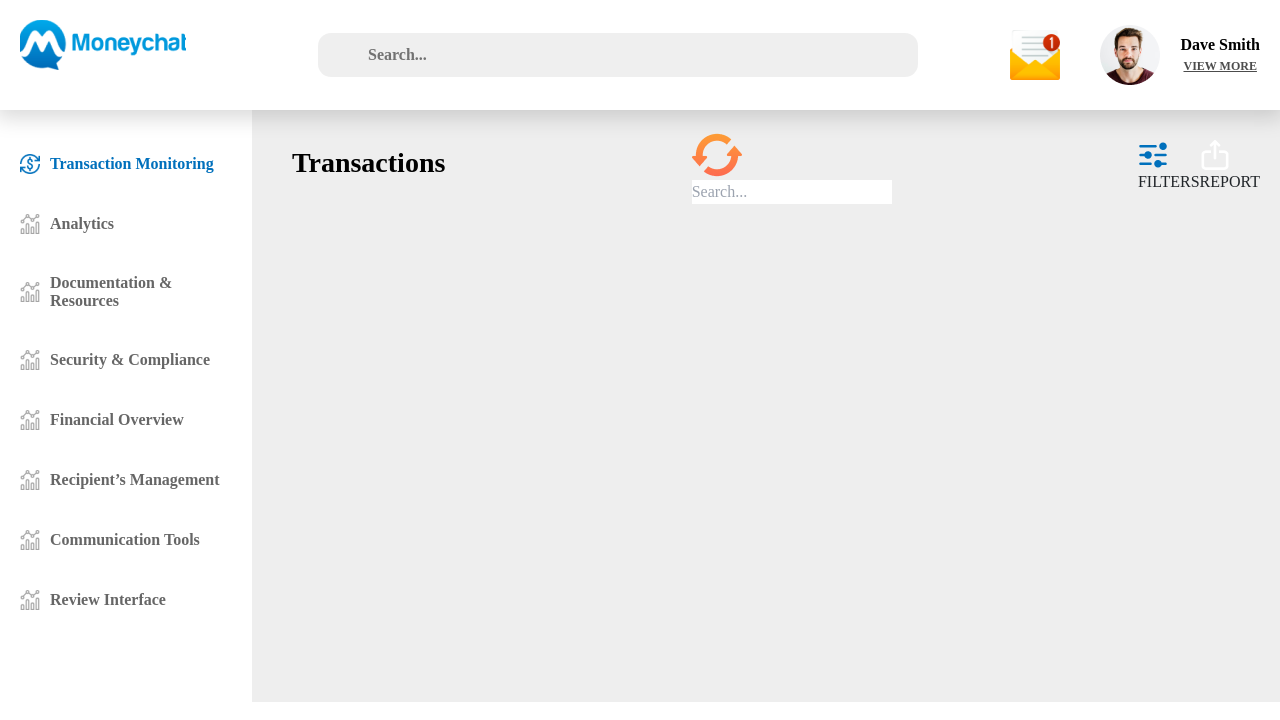
Repository: FlyweisReact/Money-Chat
Page: /transaction
The author's editor kept a copy of each file at every save. The page is drawn from the files as they stood at one save, then again after the next save.
The browser window is 1280 px wide. The pictures show the whole page.
The project was rebuilt for these pictures with package versions that can differ from the ones it lists, and the page was loaded fresh each time. Also part of the build but not shown: src/forms/ForgetPassword.js, src/forms/Login.jsx, src/forms/NeedHelp.js, src/forms/Regestration.js, src/forms/Verify.js.

Above is the page before, as saved 2023-11-30 15:31:36.

After the next save:
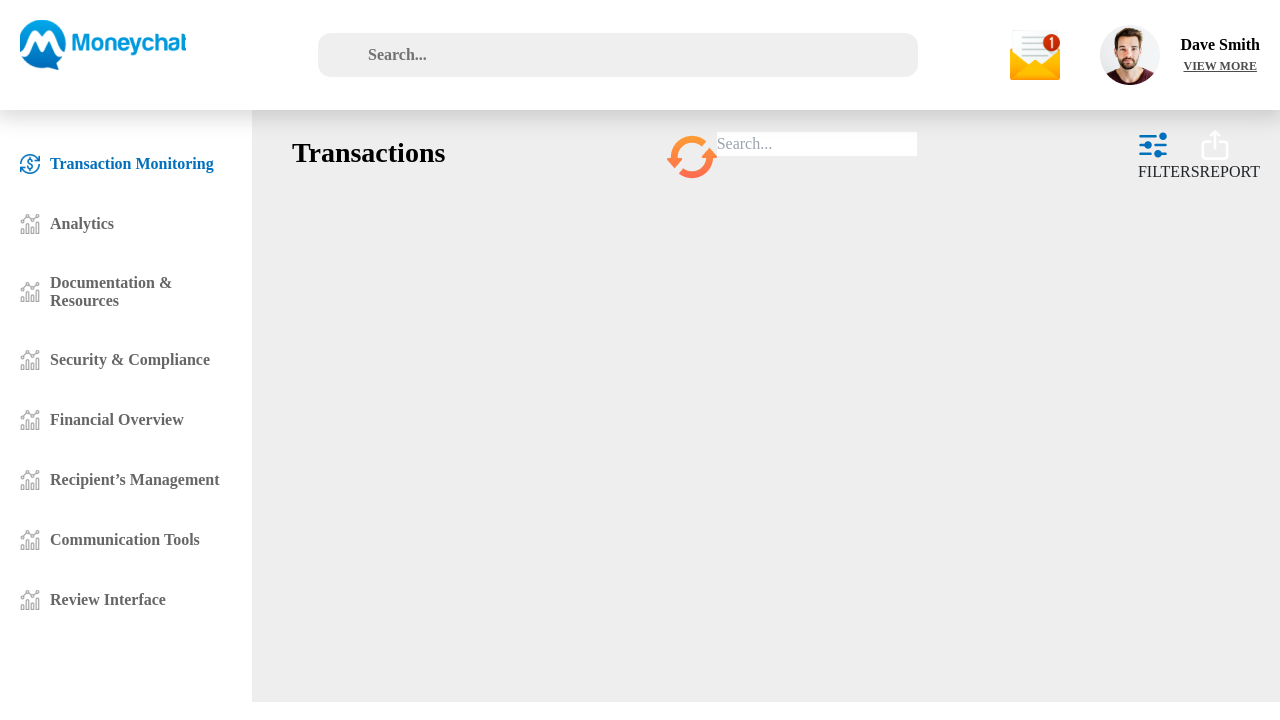
Saved 10 s later.
--- a/src/CSS/style.css
+++ b/src/CSS/style.css
@@ -468,4 +468,6 @@
   line-height: normal;
 }
 
-.Heading_all;
+.Heading_all .search{
+  display: flex;
+}
